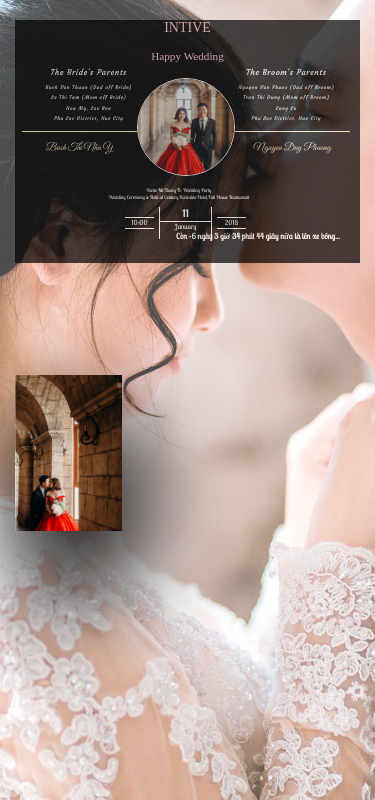
Repository: nguyenhuutuong999/WeddingOfSister
Page: wedding.html
These files come from the project's save history. The page is drawn as it stood at one moment and after the next save; the edit follows.
The browser window is 375 px wide. The pictures show the whole page.
Some web fonts or font styles are not loaded; a fallback is used.

Above is the page before, as saved 2019-09-16 21:01:35.

After the next save:
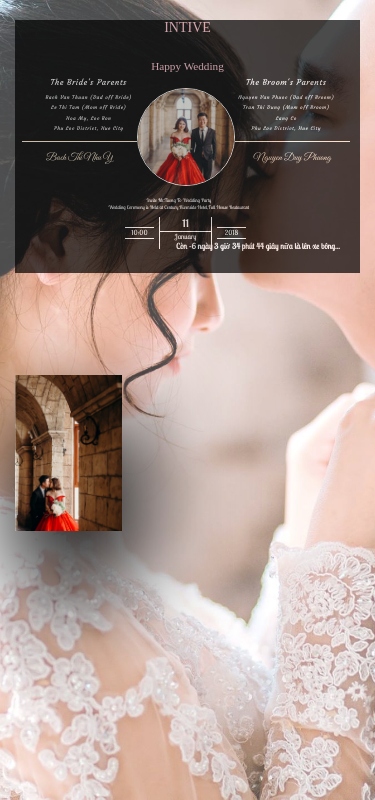
Saved 4 s later.
--- a/style.css
+++ b/style.css
@@ -191,7 +191,7 @@ body,html{
     }
     #invite{
         position: relative;
-        margin-bottom: 5px;
+        margin-bottom: 25px;
         font-size: 1em;
     }
     #happy{
